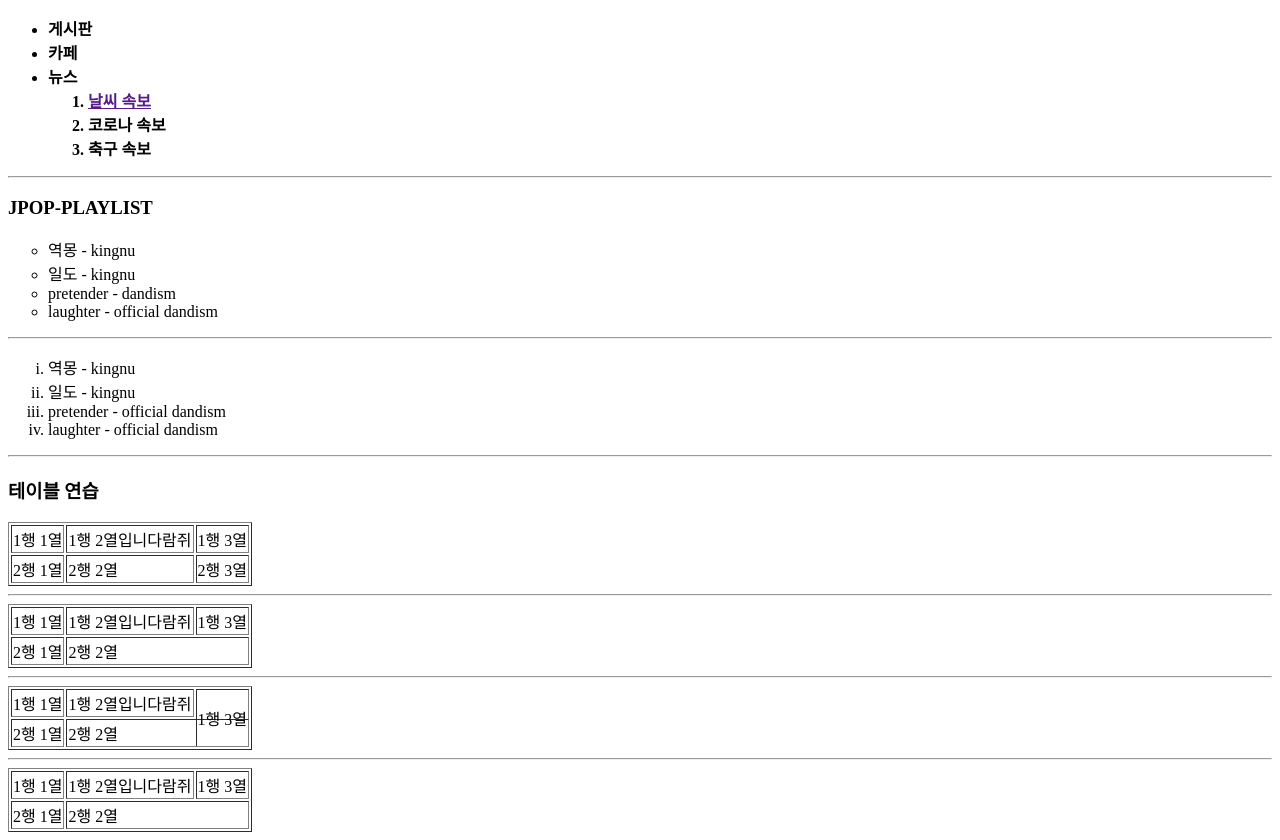
Repository: younseochoi/AI_PLATFORM
Page: my_code/03_web/html/src/main/webapp/list.html
These files come from the project's save history. The page is drawn as it stood at one moment and after the next save; the edit follows.
The browser window is 1280 px wide. The pictures show the whole page.

Above is the page before, as saved 2022-07-21 07:09:08.

After the next save:
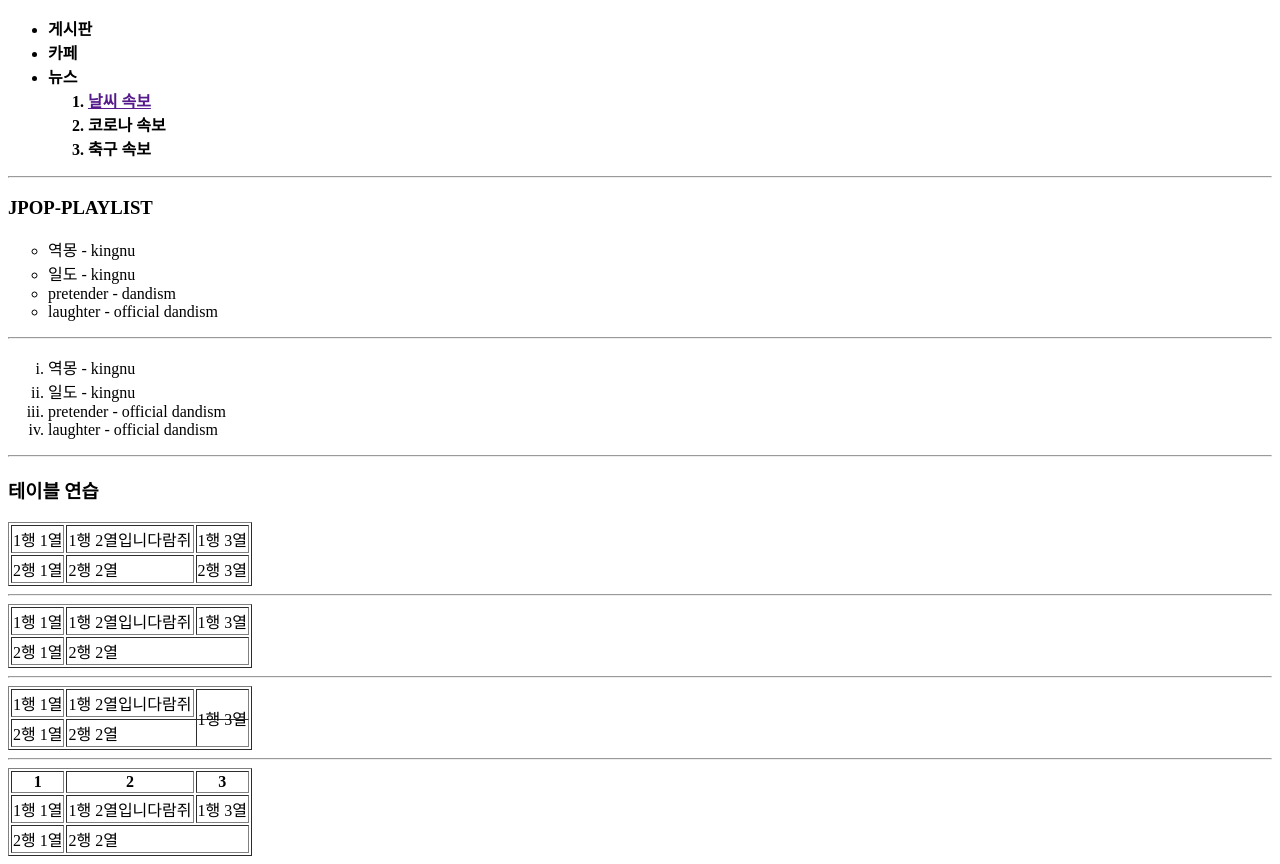
Saved 48 s later.
--- a/my_code/03_web/html/src/main/webapp/list.html
+++ b/my_code/03_web/html/src/main/webapp/list.html
@@ -77,6 +77,11 @@
 </table>
 <hr>
 <table border="1">
+<tr>
+	<th>1</th>
+	<th>2</th>
+	<th>3</th>
+</tr>
   <tr> <!-- 1헹  -->
   	<td>1행 1열</td>
     <td>1행 2열입니다람쥐</td>
